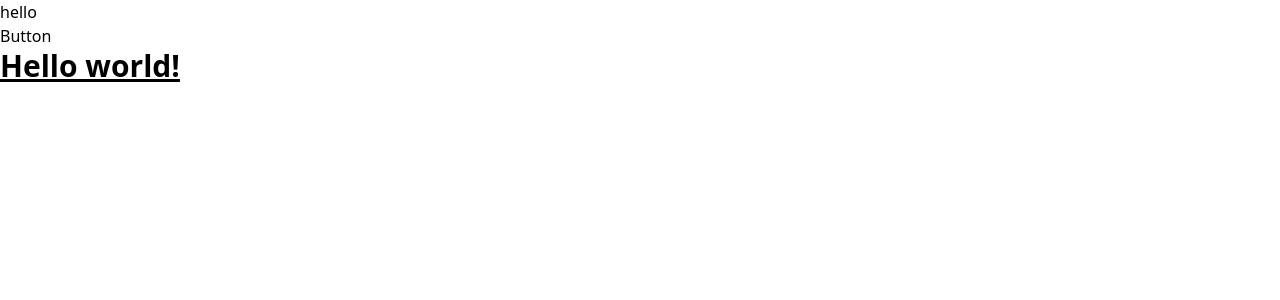
Repository: mdrubel02/yummy-yums-client
Page: /login
An editor plug-in stored every save of this project. The page is shown before and after the next save, followed by the edit.
The browser window is 1280 px wide. The pictures show the whole page.
The project was rebuilt for these pictures with package versions that can differ from the ones it lists, and the page was loaded fresh each time. Also part of the build but not shown: vite.config.js.

Above is the page before, as saved 2023-04-06 16:59:48.

### src/App.jsx
import React from 'react'

function App() {
  return (
    <div>
      <h1>hello</h1>
      <button className="btn">Button</button>
      <h1 className="text-3xl font-bold underline">
        Hello world!
      </h1>

    </div>
  )
}

export default App

Loaded but not shown: index.html (common file); src/main.jsx (common file); src/index.css (common file); tailwind.config.js (common file)

After the next save:
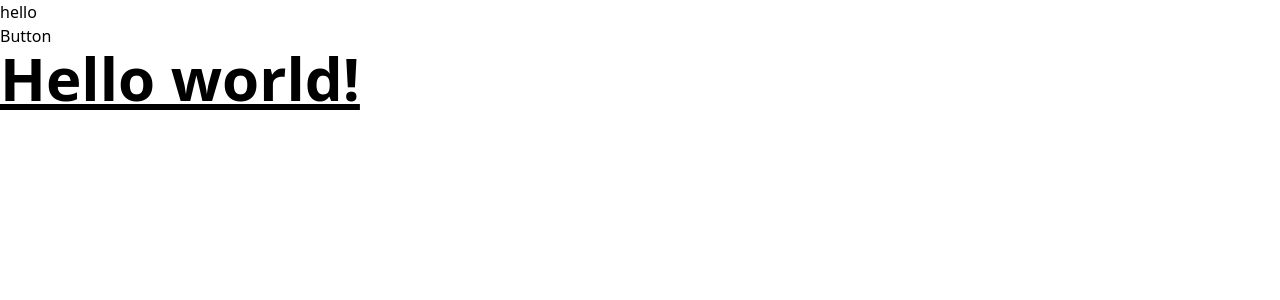
Saved 10 s later.
--- a/src/App.jsx
+++ b/src/App.jsx
@@ -5,7 +5,7 @@ function App() {
     <div>
       <h1>hello</h1>
       <button className="btn">Button</button>
-      <h1 className="text-3xl font-bold underline">
+      <h1 className="text-6xl font-bold underline">
         Hello world!
       </h1>
 
